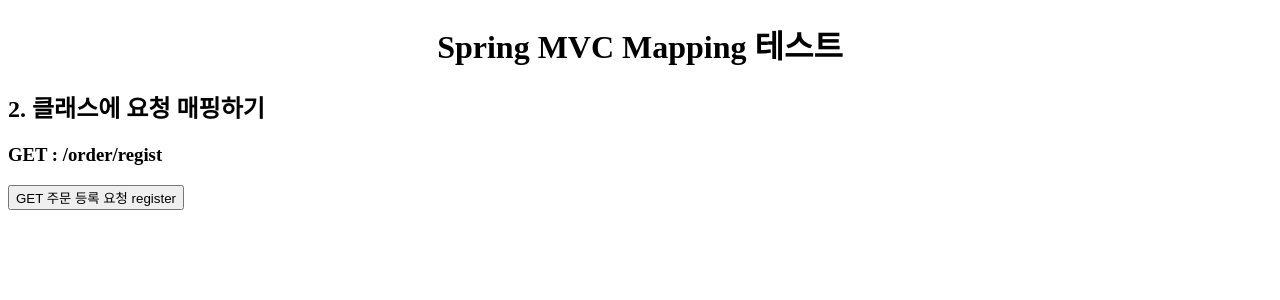
Repository: TheBeginnerJiyeon/multi_05_spring
Page: http://localhost/basic4/order/regist
An editor plug-in stored every save of this project. The page is shown before and after the next save, followed by the edit.
The browser window is 1280 px wide. The pictures show the whole page.
The page is served by Tomcat 9.

Above is the page before, as saved 2024-05-30 04:49:21.

After the next save:
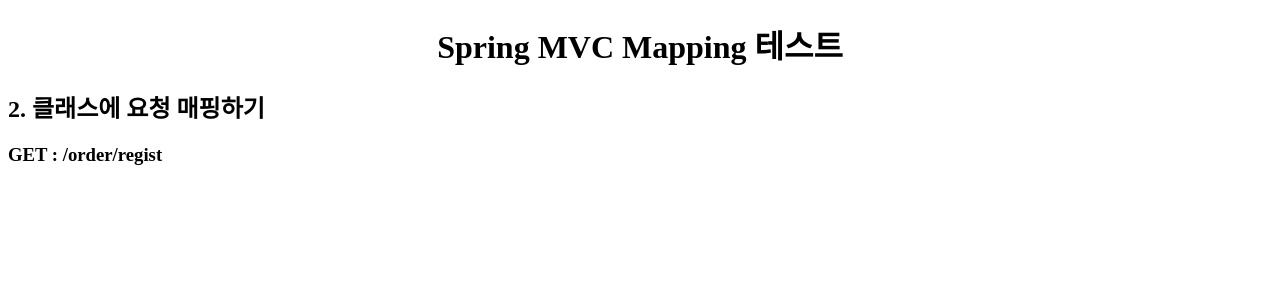
Saved 113 s later.
--- a/basic4/src/main/webapp/WEB-INF/views/order/regist.jsp
+++ b/basic4/src/main/webapp/WEB-INF/views/order/regist.jsp
@@ -13,7 +13,7 @@
 	<h2>2. 클래스에 요청 매핑하기</h2>
 
 	<h3>GET : /order/regist</h3>
-	<button onclick="location.href='${pageContext.servletContext.contextPath}/order/regist'">GET 주문 등록 요청 register</button>
+
 
 
 
